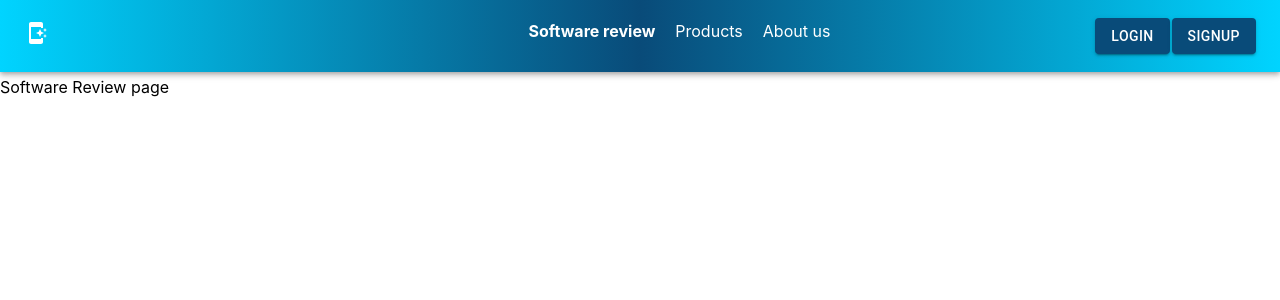
Repository: Alaa-M1/phoenix-products-reactjs-mui
Page: /
An editor plug-in stored every save of this project. The page is shown before and after the next save, followed by the edit.
The browser window is 1280 px wide. The pictures show the whole page.
The project was rebuilt for these pictures with package versions that can differ from the ones it lists, and the page was loaded fresh each time. Also part of the build but not shown: src/App.css, src/pages/Products/index.tsx, src/pages/AboutUs/index.tsx.

Above is the page before, as saved 2023-04-18 20:15:34.

### src/App.tsx
import React from "react";
import "./App.css";
import { Routes, Route } from "react-router-dom";
import SoftwareReview from "pages/SoftwareReview";
import Products from "pages/Products";
import AboutUs from "pages/AboutUs";
import AppLayout from "pages/AppLayout";
import { linksDetails } from "shared";

function App() {
  return (
    <Routes>
      <Route path="/" element={<AppLayout links={linksDetails} />}>
        <Route index element={<SoftwareReview />}></Route>
        <Route path="/products" element={<Products />}></Route>
        <Route path="/about-us" element={<AboutUs />}></Route>
      </Route>
    </Routes>
  );
}

export default App;

### src/pages/SoftwareReview/index.tsx
const SoftwareReview = () => {
  return <div>Software Review page</div>;
};

export default SoftwareReview;

### src/pages/AppLayout/index.tsx
import React from "react";
import {
  AppBar,
  Toolbar,
  Grid,
  Typography,
  Button,
  Box,
  useTheme,
  useMediaQuery,
} from "@mui/material";
import AppShortcutIcon from "@mui/icons-material/AppShortcut";
import { Outlet, useLocation } from "react-router-dom";
import { StyledLink, StyledNav, linksDetails } from "shared";
import { AppLayoutProps } from "./types";
import CustomDrawer from "./components/CustomDrawer";

const AppLayout = ({ links }: AppLayoutProps) => {
  const { pathname } = useLocation();
  const theme = useTheme();
  const isSmallScreen = useMediaQuery(theme.breakpoints.down("md"));
  return (
    <>
      <AppBar
        sx={{
          position: "relative",
          backgroundImage:
            "linear-gradient(90deg,rgba(0, 212, 255, 1) 0%,rgba(9, 75, 121, 1) 50%,rgba(0, 212, 255, 1) 100%)",
          marginBottom: "5px",
        }}
      >
        <Toolbar>
          <Grid container style={{ placeItems: "center" }}>
            {isSmallScreen ? (
              <Grid item xs={12}>
              <Typography>
                <AppShortcutIcon />
              </Typography>
            </Grid>
            ) : (
              <>
                <Grid item xs={2}>
                  <Typography>
                    <AppShortcutIcon />
                  </Typography>
                </Grid>
                <Grid item xs={6}>
                  <StyledNav>
                    <ul>
                      {links.map((link, index) => (
                        <li key={index}>
                          <StyledLink
                            to={link.path}
                            isActive={pathname === link.path}
                          >
                            {link.label}
                          </StyledLink>
                        </li>
                      ))}
                    </ul>
                  </StyledNav>
                </Grid>
                <Grid item xs={1} />
                <Grid item xs={3}>
                  <Box sx={{ display: "flex" }}>
                    <Button
                      sx={{
                        marginLeft: "auto",
                        backgroundColor: "rgba(9,75,121,1)",
                      }}
                      variant="contained"
                    >
                      Login
                    </Button>
                    <Button
                      sx={{
                        marginLeft: "2px",
                        backgroundColor: "rgba(9,75,121,1)",
                      }}
                      variant="contained"
                    >
                      Signup
                    </Button>
                  </Box>
                </Grid>
              </>
            )}
          </Grid>
          <CustomDrawer links={linksDetails} isSmallScreen={isSmallScreen} />
        </Toolbar>
      </AppBar>
      <main>
        <Outlet />
      </main>
    </>
  );
};

export default AppLayout;

### src/shared/index.ts
export * from './StyledNav';
export * from './StyledLink';
export * from './linksDetails';

### src/pages/AppLayout/components/CustomDrawer.tsx
import { CustomDrawerProps } from "../types";
import Drawer from "@mui/material/Drawer";
import {
  List,
  ListItemIcon,
  ListItemText,
  IconButton,
  Box,
  ListItemButton,
} from "@mui/material";
import { useState } from "react";
import MenuOutlinedIcon from "@mui/icons-material/MenuOutlined";
import { Link, useLocation } from "react-router-dom";
import { StyledLink } from "shared";
const CustomDrawer = ({ links, isSmallScreen }: CustomDrawerProps) => {
  const [open, setOpen] = useState(false);
  const { pathname } = useLocation();
  return (
    <>
      {isSmallScreen ? (
        <>
          <IconButton
            aria-label="Open menu drawer"
            onClick={() => setOpen(true)}
          >
            <MenuOutlinedIcon></MenuOutlinedIcon>
          </IconButton>

          <Drawer open={open} anchor="left" onClose={() => setOpen(false)}>
            <List>
              {links.map((link, index) => (
                <li key={index}>
                  <StyledLink to={link.path} isActive={pathname === link.path}>
                    {link.label}
                  </StyledLink>
                </li>
              ))}
            </List>
          </Drawer>
        </>
      ) : null}
    </>
  );
};

export default CustomDrawer;

### src/shared/StyledNav.tsx
import styled from "styled-components";

const StyledNav = styled.nav`
padding: 5px;
display: flex;
margin-bottom: 10px;
ul {
  display: inline-block;
  width: auto;
  margin-left: auto;
}
li {
  margin-left: auto;
  display: inline-block;
  margin: 0px 10px;
  list-style: none;
}
`;

export {StyledNav}

### src/shared/StyledLink.tsx
import { Link, LinkProps } from "react-router-dom";
import styled from "styled-components";

type LinkComponentProps = LinkProps &
  React.RefAttributes<HTMLAnchorElement> & {
    isActive: boolean;
  };
const LinkComponent = (props: LinkComponentProps) => {
  return <Link {...props}></Link>;
};
const StyledLink = styled(LinkComponent)`
  font-weight: ${(p) => (p.isActive ? "bold" : "normal")};
  color:#fff;
  text-decoration: none;
  a {
    text-decoration: none;
  }
`;

export { StyledLink };

### src/shared/linksDetails.ts
import { LinkInfo } from "types";

export const linksDetails: Array<LinkInfo> = [
    { label: "Software review", path: "/" },
    { label: "Products", path: "/products" },
    { label: "About us", path: "/about-us" },
  ];

Loaded but not shown: public/index.html (common file); src/index.tsx (common file); src/index.css (common file); src/reportWebVitals.ts (common file)

After the next save:
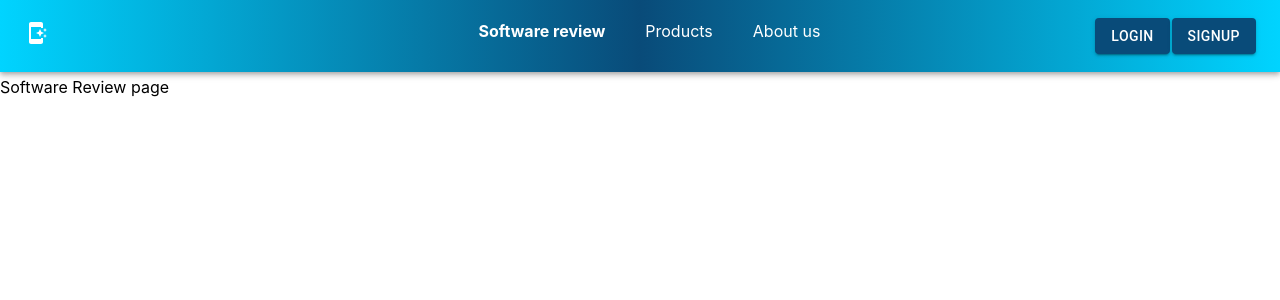
Saved 102 s later.
--- a/src/shared/StyledLink.tsx
+++ b/src/shared/StyledLink.tsx
@@ -6,7 +6,7 @@ type LinkComponentProps = LinkProps &
     isActive: boolean;
   };
 const LinkComponent = (props: LinkComponentProps) => {
-  return <Link {...props}></Link>;
+  return <li><Link {...props}></Link></li>;
 };
 const StyledLink = styled(LinkComponent)`
   font-weight: ${(p) => (p.isActive ? "bold" : "normal")};

After the save that followed:
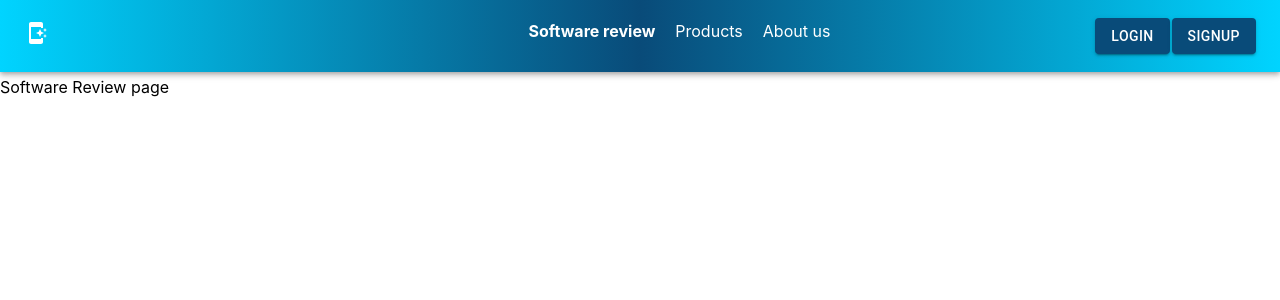
Saved 16 s later.
--- a/src/pages/AppLayout/index.tsx
+++ b/src/pages/AppLayout/index.tsx
@@ -48,14 +48,12 @@ const AppLayout = ({ links }: AppLayoutProps) => {
                   <StyledNav>
                     <ul>
                       {links.map((link, index) => (
-                        <li key={index}>
-                          <StyledLink
+                          <StyledLink key={index}
                             to={link.path}
                             isActive={pathname === link.path}
                           >
                             {link.label}
                           </StyledLink>
-                        </li>
                       ))}
                     </ul>
                   </StyledNav>
